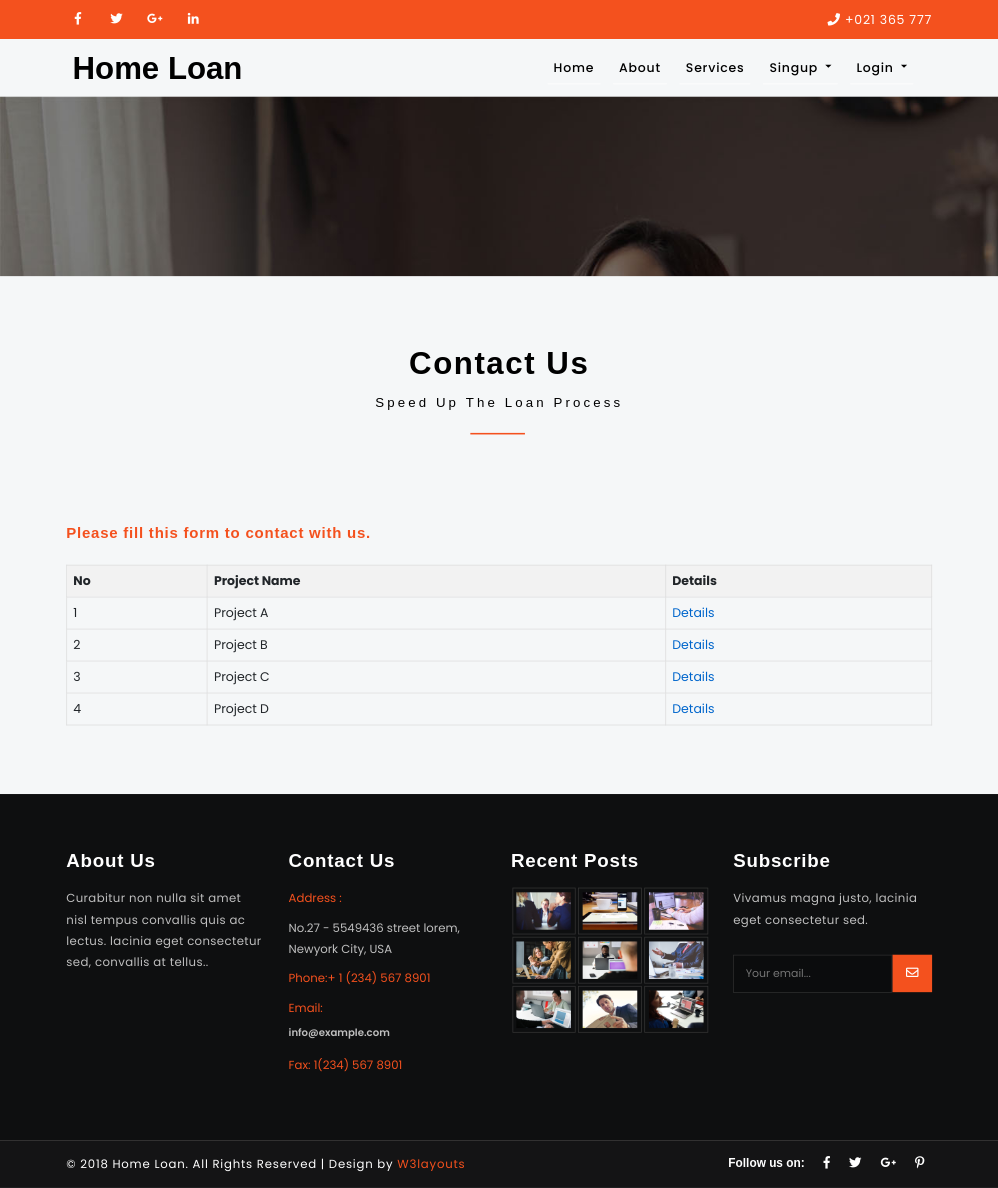
Repository: 72-faisal/Spring-MVC-project
Page: http://localhost/HomeLoan/WEB-INF/views/ApprovedProjectList.jsp
The author's editor kept a copy of each file at every save. The page is drawn from the files as they stood at one save, then again after the next save.
The browser window is 1280 px wide. The pictures show the whole page, at 78% of full size.
Some web fonts or font styles are not loaded; a fallback is used. The page is served by Tomcat 9. Nobody is signed in. Other server files are loaded and not shown. The template is opened directly, without the code that normally fills it, so the values that code supplies are empty.

Above is the page before, as saved 2023-12-29 05:03:52.

### HomeLoan/src/main/webapp/WEB-INF/views/ApprovedProjectList.jsp
<%@ page language="java" contentType="text/html; charset=ISO-8859-1"
	pageEncoding="ISO-8859-1"%>

<!--
Author: W3layouts
Author URL: http://w3layouts.com
License: Creative Commons Attribution 3.0 Unported
License URL: http://creativecommons.org/licenses/by/3.0/
-->
<!DOCTYPE HTML>
<html lang="zxx">

<head>
<title>Home Loan a Banking Category Flat Bootstrap Responsive
	Website Template | Contact :: w3layouts</title>
<meta name="viewport" content="width=device-width, initial-scale=1">
<meta charset="utf-8">
<meta name="keywords"
	content="Home Loan Responsive web template, Bootstrap Web Templates, Flat Web Templates, Android Compatible web template,
SmartPhone Compatible web template, free WebDesigns for Nokia, Samsung, LG, SonyEricsson, Motorola web design" />
<script>
	addEventListener("load", function() {
		setTimeout(hideURLbar, 0);
	}, false);

	function hideURLbar() {
		window.scrollTo(0, 1);
	}
</script>

<!-- Bootstrap Core CSS -->
<link href="<%=request.getContextPath()%>/resources/css/bootstrap.css"
	rel='stylesheet' type='text/css' />
<link href="<%=request.getContextPath()%>/resources/css/style.css"
	rel='stylesheet' type='text/css' />
<!-- font-awesome icons -->
<link
	href="<%=request.getContextPath()%>/resources/css/fontawesome-all.min.css"
	rel="stylesheet">
<!-- //Custom Theme files -->
<!-- online fonts -->
<!-- titles -->
<link
	href="//fonts.googleapis.com/css?family=Raleway:300,400,500,600,700,800,900"
	rel="stylesheet">
<!-- body -->
<link href="//fonts.googleapis.com/css?family=Poppins:400,500,600,700,800" rel="stylesheet">


	<style type="text/css">
        table {
            width: 100%; /* Adjust the width as needed (e.g., 70% to 80%) */
            border-collapse: collapse;
            margin-top: 20px;
        }

        th, td {
            border: 1px solid #dddddd;
            text-align: left;
            padding: 8px;
        }

        th {
            background-color: #f2f2f2;
        }

        a {
            color: #0066cc;
            text-decoration: none;
        }

        a:hover {
            text-decoration: underline;
        }
    </style>
</head>


<body>

	<!-- header -->
	<header>
		<div class="top">
			<div class="container">
				<div class="t-op row">
					<div class="col-sm-6 top-middle">
						<ul>
							<li><a href="#"><i class="fab fa-facebook-f"></i></a></li>
							<li><a href="#"><i class="fab fa-twitter"></i></a></li>
							<li><a href="#"><i class="fab fa-google-plus-g"></i></a></li>
							<li><a href="#"><i class="fab fa-linkedin-in"></i></a></li>
						</ul>
					</div>
					<div class="col-sm-6 top-left">
						<ul>
							<li><i class="fas fa-phone"></i> +021 365 777</li>
						</ul>
					</div>
				</div>
			</div>
		</div>
		<div class="container">
			<nav class="navbar navbar-expand-lg navbar-light">
				<h1>
					<a class="navbar-brand text-capitalize" href=index> Home Loan </a>
				</h1>
				<button class="navbar-toggler" type="button" data-toggle="collapse"
					data-target="#navbarSupportedContent"
					aria-controls="navbarSupportedContent" aria-expanded="false"
					aria-label="Toggle navigation">
					<span class="navbar-toggler-icon"></span>
				</button>

				<div class="collapse navbar-collapse" id="navbarSupportedContent">
					<ul class="navbar-nav text-center  ml-lg-auto">
						<li class="nav-item mr-3"><a class="nav-link" href=index>Home
								<span class="sr-only">(current)</span>
						</a></li>
						<li class="nav-item  mr-3"><a class="nav-link" href="about">About</a>
						</li>
						<li class="nav-item  mr-3"><a class="nav-link"
							href="services">Services</a></li>
						<li class="nav-item dropdown mr-3"><a
							class="nav-link dropdown-toggle" href="#" id="navbarDropdown"
							role="button" data-toggle="dropdown" aria-haspopup="true"
							aria-expanded="false"> Singup </a>
							<div class="dropdown-menu" aria-labelledby="navbarDropdown">
								<a class="dropdown-item" href="UserRegister">Register</a>
								<!-- <a class="dropdown-item" href="gallery">Gallery</a> -->
							</div></li>
						<li class="nav-item dropdown mr-3"><a
							class="nav-link dropdown-toggle" href="#" id="navbarDropdown"
							role="button" data-toggle="dropdown" aria-haspopup="true"
							aria-expanded="false"> Login </a>
							<div class="dropdown-menu" aria-labelledby="navbarDropdown">
								<a class="dropdown-item" href="UserLogin">Login</a>
								<!-- <a class="dropdown-item" href="gallery">Gallery</a> -->
							</div></li>
						<!-- 	<li class="nav-item active"><a class="nav-link"
							href="contact">contact</a></li> -->
					</ul>
				</div>
			</nav>
		</div>
	</header>
	<!-- //header -->
	<!-- banner -->
	<section class="banner-1"></section>
	<!-- //banner -->
	<!--/contact-->
	<section class="contact py-5">
		<div class="container py-md-4 mt-md-3">
			<h2 class="heading-agileinfo">
				Contact Us<span>Speed Up The Loan Process</span>
			</h2>
			<span class="w3-line black"></span>
			<div class="inner-sec-w3layouts-agileinfo mt-md-5 pt-5">

				<div class="contact_grid_right mt-5">
					<h6>Please fill this form to contact with us.</h6>
					<form action="UploadDocuments" method="post"
						enctype="multipart/form-data">

						<table>
							<thead>
								<tr>
									<th>No</th>
									<th>Project Name</th>
									<th>Details</th>
								</tr>
							</thead>
							<tbody>
								<tr>
									<td>1</td>
									<td>Project A</td>
									<td><a href="http://example.com/projectA/details">Details</a></td>
								</tr>
								<tr>
									<td>2</td>
									<td>Project B</td>
									<td><a href="http://example.com/projectB/details">Details</a></td>
								</tr>
								<tr>
									<td>3</td>
									<td>Project C</td>
									<td><a href="http://example.com/projectC/details">Details</a></td>
								</tr>
								<tr>
									<td>4</td>
									<td>Project D</td>
									<td><a href="http://example.com/projectD/details">Details</a></td>
								</tr>
							</tbody>
						</table>
					</form>
				</div>
			</div>
		</div>
	</section>
	<!--//contact-->
	<!--footer-->
	<footer>
		<div class="container py-md-4 mt-md-3">
			<div class="row footer-top-w3layouts-agile py-5">
				<div class="col-lg-3 col-md-6 col-sm-6 footer-grid">
					<div class="footer-title">
						<h3>About Us</h3>
					</div>
					<div class="footer-text">
						<p>Curabitur non nulla sit amet nisl tempus convallis quis ac
							lectus. lacinia eget consectetur sed, convallis at tellus..</p>

					</div>
				</div>
				<div class="col-lg-3 col-md-6 col-sm-6 footer-grid">
					<div class="footer-title">
						<h3>Contact Us</h3>
					</div>
					<div class="footer-office-hour">
						<ul>
							<li class="hd">Address :</li>
							<li>No.27 - 5549436 street lorem, Newyork City, USA</li>

						</ul>
						<ul>
							<li class="hd">Phone:+ 1 (234) 567 8901</li>
							<li class="hd">Email: <a href="mailto:info@example.com">info@example.com</a>
							</li>
							<li class="hd">Fax: 1(234) 567 8901</li>
						</ul>
					</div>
				</div>
				<div class="col-lg-3 col-md-6 col-sm-6 footer-grid">
					<div class="footer-title">
						<h3>Recent Posts</h3>
					</div>
					<div class="footer-list">
						<div class="flickr-grid">
							<a href="#" data-toggle="modal" data-target="#myModal"> <img
								src="<%=request.getContextPath()%>/resources/images/g1.jpg"
								class="img-fluid" alt=" ">
							</a>
						</div>
						<div class="flickr-grid">
							<a href="#" data-toggle="modal" data-target="#myModal"> <img
								src="<%=request.getContextPath()%>/resources/images/g2.jpg"
								class="img-fluid" alt=" ">
							</a>
						</div>
						<div class="flickr-grid">
							<a href="#" data-toggle="modal" data-target="#myModal"> <img
								src="<%=request.getContextPath()%>/resources/images/g3.jpg"
								class="img-fluid" alt=" ">
							</a>
						</div>
						<div class="flickr-grid">
							<a href="#" data-toggle="modal" data-target="#myModal"> <img
								src="<%=request.getContextPath()%>/resources/images/g4.jpg"
								class="img-fluid" alt=" ">
							</a>
						</div>
						<div class="flickr-grid">
							<a href="#" data-toggle="modal" data-target="#myModal"> <img
								src="<%=request.getContextPath()%>/resources/images/g5.jpg"
								class="img-fluid" alt=" ">
							</a>
						</div>
						<div class="flickr-grid">
							<a href="#" data-toggle="modal" data-target="#myModal"> <img
								src="<%=request.getContextPath()%>/resources/images/g6.jpg"
								class="img-fluid" alt=" ">
							</a>
						</div>
						<div class="flickr-grid">
							<a href="#" data-toggle="modal" data-target="#myModal"> <img
								src="<%=request.getContextPath()%>/resources/images/g7.jpg"
								class="img-fluid" alt=" ">
							</a>
						</div>
						<div class="flickr-grid">
							<a href="#" data-toggle="modal" data-target="#myModal"> <img
								src="<%=request.getContextPath()%>/resources/images/g9.jpg"
								class="img-fluid" alt=" ">
							</a>
						</div>
						<div class="flickr-grid">
							<a href="#" data-toggle="modal" data-target="#myModal"> <img
								src="<%=request.getContextPath()%>/resources/images/g8.jpg"
								class="img-fluid" alt=" ">
							</a>
						</div>
						<div class="clearfix"></div>
					</div>
				</div>
				<div class="col-lg-3 col-md-6 col-sm-6 footer-grid">
					<div class="footer-title">
						<h3>Subscribe</h3>
					</div>
					<p>Vivamus magna justo, lacinia eget consectetur sed.</p>
					<form action="#" method="post" class="newsletter">
						<input class="email" type="email" placeholder="Your email..."
							required="">
						<button class="btn1">
							<i class="far fa-envelope"></i>
						</button>
					</form>
					<div class="clearfix"></div>
				</div>
			</div>
		</div>
	</footer>
	<!---->
	<div class="copyright py-3">
		<div class="container">
			<div class="copyrighttop">
				<ul>
					<li>
						<h4>Follow us on:</h4>
					</li>
					<li><a class="facebook" href="#"> <i
							class="fab fa-facebook-f"></i>
					</a></li>
					<li><a class="facebook" href="#"> <i
							class="fab fa-twitter"></i>
					</a></li>
					<li><a class="facebook" href="#"> <i
							class="fab fa-google-plus-g"></i>
					</a></li>
					<li><a class="facebook" href="#"> <i
							class="fab fa-pinterest-p"></i>
					</a></li>
				</ul>
			</div>
			<div class="copyrightbottom">
				<p>
					© 2018 Home Loan. All Rights Reserved | Design by <a
						href="http://w3layouts.com/">W3layouts</a>
				</p>
			</div>
			<div class="clearfix"></div>
		</div>
	</div>
	<!-- Modal -->
	<div class="modal fade" id="myModal" tabindex="-1" role="dialog"
		aria-labelledby="exampleModalCenterTitle" aria-hidden="true">
		<div class="modal-dialog modal-dialog-centered" role="document">
			<div class="modal-content">
				<div class="modal-header">
					<h4 class="modal-title">Home Loan</h4>
					<button type="button" class="close" data-dismiss="modal"
						aria-label="Close">
						<span aria-hidden="true">&times;</span>
					</button>
				</div>
				<div class="modal-body">
					<div class="agileits-w3layouts-info">
						<img src="<%=request.getContextPath()%>/resources/images/g6.jpg"
							class="img-fluid" alt="" />
						<p>Duis venenatis, turpis eu bibendum porttitor, sapien quam
							ultricies tellus, ac rhoncus risus odio eget nunc. Pellentesque
							ac fermentum diam. Integer eu facilisis nunc, a iaculis felis.
							Pellentesque pellentesque tempor enim, in dapibus turpis
							porttitor quis.</p>
					</div>
				</div>
				<div class="modal-footer">
					<button type="button" class="btn btn-secondary"
						data-dismiss="modal">Close</button>
					<button type="button" class="btn btn-primary">Save changes</button>
				</div>
			</div>
		</div>
	</div>
	<!-- //Modal -->
	<!-- js-->
	<script
		src="<%=request.getContextPath()%>/resources/js/jquery-2.2.3.min.js"></script>
	<!-- js-->
	<!-- Bootstrap Core JavaScript -->
	<script src="<%=request.getContextPath()%>/resources/js/bootstrap.js ">

	</script>
	<!-- //Bootstrap Core JavaScript -->
</body>
</html>

Loaded but not shown: HomeLoan/src/main/webapp/WEB-INF/resources/assets/css/bootstrap.css (library); HomeLoan/src/main/webapp/WEB-INF/resources/assets/css/fontawesome-all.min.css (library); HomeLoan/src/main/webapp/WEB-INF/resources/assets/js/jquery-2.2.3.min.js (library); HomeLoan/src/main/webapp/WEB-INF/resources/assets/js/bootstrap.js (library); HomeLoan/src/main/webapp/WEB-INF/resources/assets/css/style.css (2094 lines, source omitted)

After the next save:
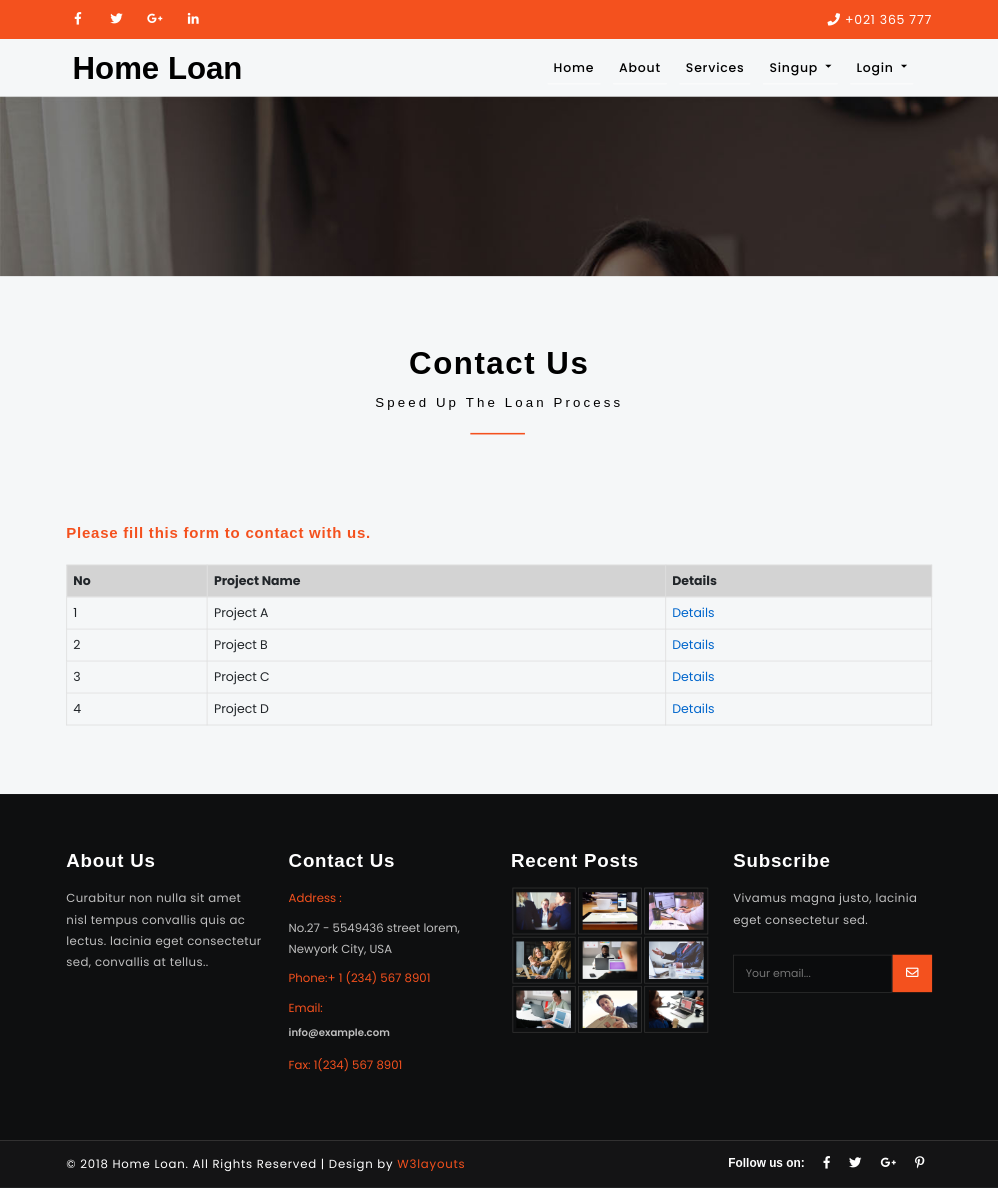
Saved 4 min 58 s later.
--- a/HomeLoan/src/main/webapp/WEB-INF/views/ApprovedProjectList.jsp
+++ b/HomeLoan/src/main/webapp/WEB-INF/views/ApprovedProjectList.jsp
@@ -61,7 +61,11 @@ SmartPhone Compatible web template, free WebDesigns for Nokia, Samsung, LG, Sony
         }
 
         th {
-            background-color: #f2f2f2;
+            background-color: #d3d3d3; /* Slightly darker color for the table header */
+        }
+
+        tbody {
+            text-align: center; /* Center the content of the tbody */
         }
 
         a {
